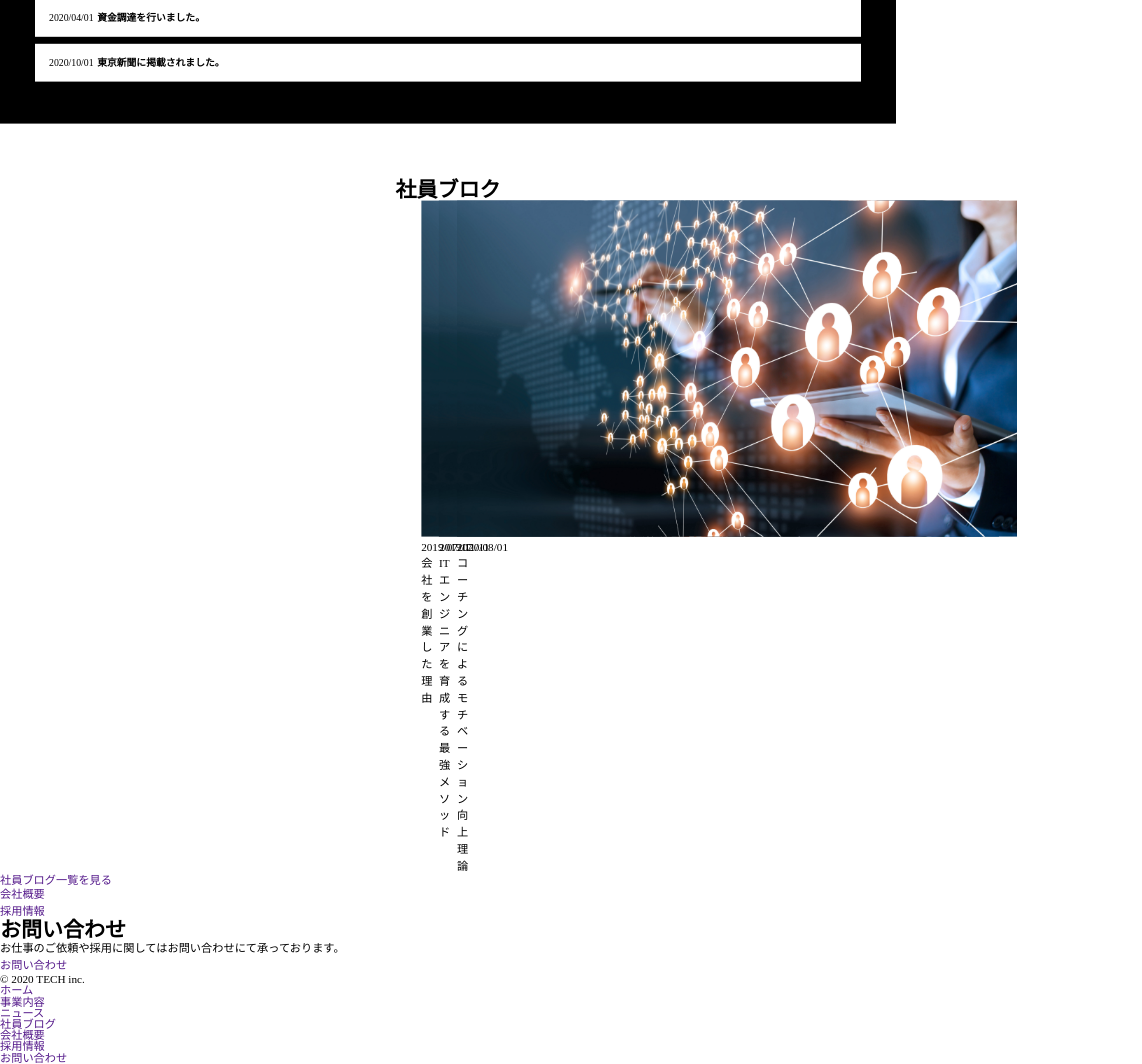
Repository: masanarimiura/20220516_miura
Page: index.html
An editor plug-in stored every save of this project. The page is shown before and after the next save, followed by the edit.
The browser window is 1280 px wide. The page is 1453 px wide, then 1632 px, so the pictures cover 1632 px, including what lies to the right of the window. The pictures show the part of the page from y = 2381 to 3901 px (the page is 3901 px tall before and 3469 px after), at 70% of full size.

Above is the page before, as saved 2022-05-13 20:35:54.

### index.html
<!DOCTYPE html>
<html lang="ja">

<head>
  <meta charset="UTF-8">
  <meta http-equiv="X-UA-Compatible" content="IE=edge">
  <meta name="viewport" content="width=device-width, initial-scale=1.0">
  <title>Document</title>
  <link rel="stylesheet" href="css/reset.css">
  <link rel="stylesheet" href="css/index.css">
</head>

<body>

  <header class="header">
    <h2 class="header__ttl">TECH</h2>
    <nav class="header__nav">
      <ul>
        <li><a href="" class="header__nav__item1">ホーム</a></li>
        <li><a href="" class="header__nav__item2">事業内容</a></li>
        <li><a href="" class="header__nav__item3">ニュース</a></li>
        <li><a href="" class="header__nav__item4">社員ブログ</a></li>
        <li><a href="" class="header__nav__item5">会社概要</a></li>
        <li><a href="" class="header__nav__item6">採用情報</a></li>
        <li><a href="" class="header__nav__item7">お問い合わせ</a></li>
      </ul>
    </nav>
  </header>

  <div class="eyecatch">
    <div class="eyecatch__content">
      <h1 class="eyecatch__content__ttl">最新のテクノロジーで社会課題を解決</h1>
      <p class="eyecatch__content__txt">solving social issues with the latest tdchnology</p>
    </div>
  </div>

  <div class="message">
    <div class="message__inner">
      <h2 class="message__ttl">株式会社TECHの想い</h2>
      <p class="message__txt">
        あらゆる産業において、新たなデジタル技術を使ってこれまでにないビジネスモデルを展開する新規参入者が養生し、ゲームチェンジが起ころうとしています。こうした中で、各企業は、競争力維持・強化のために。DXを迅速に進めていくことが求められています。しかし、DXにおいて投資コストは非常にかかります。株式会社TECHでは独自のオペレーションと人材教育により、他社よりも価格を抑えた開発を行います。
      </p>
    </div>
  </div>

  <div class="service">
    <h2 class="service__ttl">サービス</h2>
    <div class="service__inner">
      <div class="service__box">
        <img src="img/service1.png" alt="" class="service__box__img">
        <h3 class="service__box__ttl">IT人材育成事業</h3>
        <p class="service__box__txt">これまでに培った教育手法を生かして、短期間で即戦力のIT人材を育成します。</p>
      </div>
      <div class="service__box">
        <img src="img/service2.png" alt="" class="service__box__img">
        <h3 class="service__box__ttl">コーチング事業</h3>
        <p class="service__box__txt">目標達成を最短で実現するために、プロのコーチによるマンツーマンのサポートを実施します。</p>
      </div>
      <div class="service__box">
        <img src="img/service3.png" alt="" class="service__box__img">
        <h3 class="service__box__ttl">ITコンサル事業</h3>
        <p class="service__box__txt">経営戦略にIT戦略を策定し、システム開発の提案やシステムの最適化を通じて、企業の経営をサポートします。</p>
      </div>
      <div class="service__box">
        <img src="img/service4.png" alt="" class="service__box__img">
        <h3 class="service__box__ttl">デジタルトランスフォーメーション事業</h3>
        <p class="service__box__txt">人々の生活をよりよいものに変革するために様々なデジタル技術を活用し、革新的なソリューションやサービスを生み出します。</p>
      </div>
      <a href="" class="button">サービス一覧をみる</a>
    </div>
  </div>

  <div class="news">
    <div class="news__inner">
      <div class="news__ttl">
        <h2 class="news__ttl-txt">ニュース</h2>
        <a href="" class="service__link button">ニュース一覧をみる</a>
      </div>
      <div class="news__content">
        <ul class="news__content-inner">
          <li class="news__content-topic">
            <a herf="">2019/07/17<span>会社を創業しました。</span></a>
          </li>
          <li class="news__content-topic">
            <a herf="">2020/04/01<span>資金調達を行いました。</span></a>
          </li>
          <li class="news__content-topic">
            <a herf="">2020/10/01<span>東京新聞に掲載されました。</span></a>
          </li>
        </ul>
      </div>
    </div>
  </div>
  <div class="blog">
    <h2 class="blog__ttl">社員ブロク</h2>
    <div class="blog__inner">
      <div class="blog__box">
        <a href=""><img src="img/blog.png" alt="" class="blog__img"></a>
        <p class="blog__date">2019/07/17</p>
        <p class="blog__txt">会社を創業した理由</p>
      </div>
      <div class="blog__box">
        <a href=""><img src="img/blog.png" alt="" class="blog__img"></a>
        <p class="blog__date">2019/11/11</p>
        <p class="blog__txt">ITエンジニアを育成する最強メソッド</p>
      </div>
      <div class="blog__box">
        <a href=""><img src="img/blog.png" alt="" class="blog__img"></a>
        <p class="blog__date">2020/08/01</p>
        <p class="blog__txt">コーチングによるモチベーション向上理論</p>
      </div>
    </div>
    <div class="blog__link"><a href="">社員ブログ一覧を見る</a></div>
  </div>

  <div class="info">
    <div class="info__company"><a href="">
        <p class="info__company__ttl">会社概要</p>
      </a></div>
    <div class="info__recruit"><a href="">
        <p class="info__recruit__ttl">採用情報</p>
      </a></div>
  </div>

  <div class="contact">
    <h2 class="contact__ttl">お問い合わせ</h2>
    <p class="contact__txt">お仕事のご依頼や採用に関してはお問い合わせにて承っております。</p>
    <p class="contact__link"><a href="">お問い合わせ</a></p>
  </div>

  <footer class="footer">
    <div class="footer__copy">&copy; 2020 TECH inc.</div>
    <ul class="footer__nav">
      <li><a href="" class="footer__nav__item1">ホーム</a></li>
      <li><a href="" class="footer__nav__item2">事業内容</a></li>
      <li><a href="" class="footer__nav__item3">ニュース</a></li>
      <li><a href="" class="footer__nav__item4">社員ブログ</a></li>
      <li><a href="" class="footer__nav__item5">会社概要</a></li>
      <li><a href="" class="footer__nav__item6">採用情報</a></li>
      <li><a href="" class="footer__nav__item7">お問い合わせ</a></li>
    </ul>
  </footer>


  <script src="js/main.js"></script>
</body>

</html>

### css/reset.css
/*
html5doctor.com Reset Stylesheet
v1.6.1
Last Updated: 2010-09-17
Author: Richard Clark - http://richclarkdesign.com
Twitter: @rich_clark
*/
html,
body,
div,
span,
object,
iframe,
h1,
h2,
h3,
h4,
h5,
h6,
p,
blockquote,
pre,
abbr,
address,
cite,
code,
del,
dfn,
em,
img,
ins,
kbd,
q,
samp,
small,
strong,
sub,
sup,
var,
b,
i,
dl,
dt,
dd,
ol,
ul,
li,
fieldset,
form,
label,
legend,
table,
caption,
tbody,
tfoot,
thead,
tr,
th,
td,
article,
aside,
canvas,
details,
figcaption,
figure,
footer,
header,
hgroup,
menu,
nav,
section,
summary,
time,
mark,
audio,
video {
  margin: 0;
  padding: 0;
  border: 0;
  outline: 0;
  font-size: 100%;
  vertical-align: baseline;
  background: transparent;
}

body {
  line-height: 1;
}

article,
aside,
details,
figcaption,
figure,
footer,
header,
hgroup,
menu,
nav,
section {
  display: block;
}

nav ul {
  list-style: none;
}

blockquote,
q {
  quotes: none;
}

blockquote:before,
blockquote:after,
q:before,
q:after {
  content: "";
  content: none;
}

a {
  margin: 0;
  padding: 0;
  font-size: 100%;
  vertical-align: baseline;
  background: transparent;
}

/* change colours to suit your needs */
ins {
  background-color: #ff9;
  color: #000;
  text-decoration: none;
}

/* change colours to suit your needs */
mark {
  background-color: #ff9;
  color: #000;
  font-style: italic;
  font-weight: bold;
}

del {
  text-decoration: line-through;
}

abbr[title],
dfn[title] {
  border-bottom: 1px dotted;
  cursor: help;
}

table {
  border-collapse: collapse;
  border-spacing: 0;
}

/* change border colour to suit your needs */
hr {
  display: block;
  height: 1px;
  border: 0;
  border-top: 1px solid #cccccc;
  margin: 1em 0;
  padding: 0;
}

input,
select {
  vertical-align: middle;
}

### css/index.css
h2 {
  font-size: 30px;
  font-weight: bold;
}
h3 {
  font-size: 20px;
  font-weight: bold;
  line-height: 1.5;
}
a {
  text-decoration: none;
}
p {
  line-height: 1.5;
}
.button {
  display: block;
  text-align: center;
  color: #fff;
  font-size: 18px;
  font-weight: bold;
  background-color: rgb(160, 5, 5);
  width: 350px;
  padding: 12px;
}

.header {
  display: flex;
  justify-content: space-between;
  text-align: center;
  padding: 20px 30px;
  position: sticky;
  top: 0;
  background-color: #fff;
  z-index: 1;
}
.header__nav ul {
  display: flex;
  justify-content: space-between;
}
.header__nav ul li {
  padding: 0 15px;
  font-size: 16px;
  font-weight: bold;
}
.header__nav ul li a {
  color: #000;
}

.eyecatch {
  display: flex;
  justify-content: center;
  align-items: center;
  text-align: center;
  background: url(../img/mv.png) center/ cover;
  height: 80vh;
}
.eyecatch__content {
  color: #fff;
}
.eyecatch__content__ttl {
  font-size: 50px;
  padding: 20px;
  line-height: 1.5;
}
.eyecatch__content__txt {
  font-weight: bold;
  font-size: 20px;
  padding: 20px;
}

.message {
  background: #000;
  display: flex;
  justify-content: center;
  align-items: center;
}
.message__inner {
  padding: 80px 80px;
}
.message__ttl {
  color: #fff;
}
.message__txt {
  color: #fff;
  line-height: 2;
  text-align: justify;
  padding: 20px 0 0;
}

.service {
  margin-top: 100px;
}
.service__ttl {
  text-align: center;
  margin-bottom: 30px;
}
.service__inner {
  display: flex;
  align-items: center;
  flex-wrap: wrap;
  justify-content: center;
}
.service__box {
  width: 45%;
  height: auto;
  padding: 1%;
  margin-bottom: 20px;
}
.service__box img {
  width: 100%;
  height: auto;
}
.service__button {
  margin-top: 50px;
}
.news {
  background: #000;
  margin-top: 80px;
}
.news__inner {
  padding: 50px 50px;
}
.news__ttl {
  display: flex;
  justify-content: space-between;
  padding: 20px 0;
}
.news__ttl-txt {
  color: #fff;
}
.service__link {
  width: 150px;
  font-size: 14px;
}
.news__content-topic a {
  background-color: #fff;
  margin: 10px 0;
  padding: 20px;
  font-size: 14px;
  display: block;
}
.news__content-topic span {
  font-weight: bold;
  display: inline-block;
  padding: 0 5px;
}

.blog {
  margin-top: 80px;
}
.blog__ttl {
  text-align: center;
}
.blog__inner {
  display: flex;
  justify-content: center;
}
.blog__box {
  width: 2%;
}
.blog__box img img {
  width: 100%;
}

Loaded but not shown: js/main.js (no copy from this time; the picture is the same without it)

After the next save:
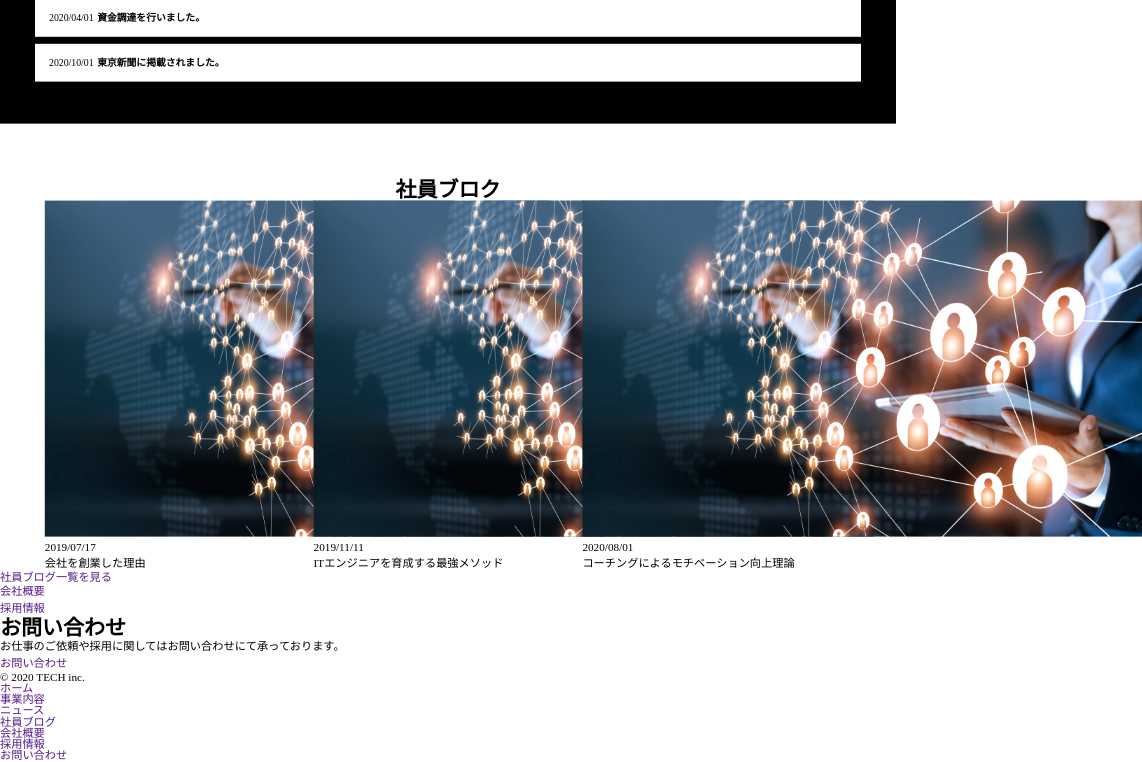
Saved 5 s later.
--- a/css/index.css
+++ b/css/index.css
@@ -157,7 +157,7 @@ p {
   justify-content: center;
 }
 .blog__box {
-  width: 2%;
+  width: 30%;
 }
 .blog__box img img {
   width: 100%;
